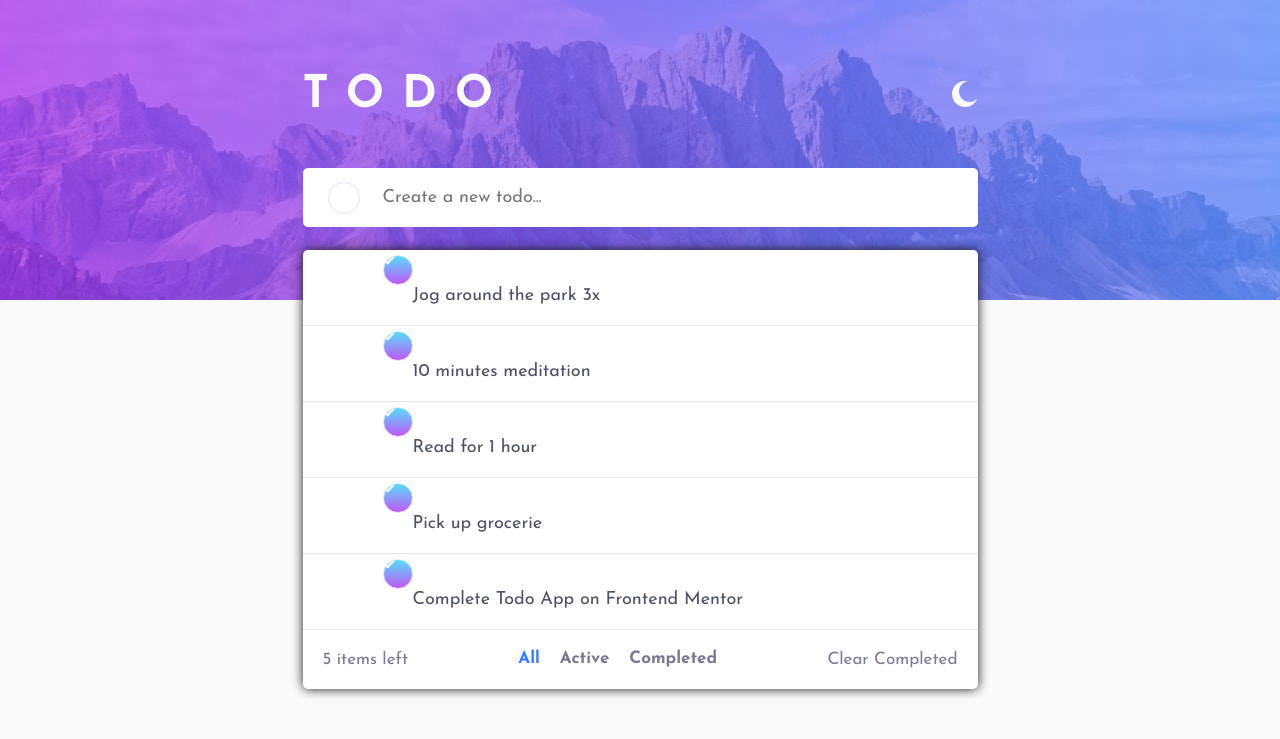
Repository: tomas938/todo-app
Page: /
The author's editor kept a copy of each file at every save. The page is drawn from the files as they stood at one save, then again after the next save.
The browser window is 1280 px wide. The pictures show the whole page.
The project was rebuilt for these pictures with package versions that can differ from the ones it lists, and the page was loaded fresh each time.

Above is the page before, as saved 2021-08-18 13:54:13.

### src/main.js
import { createApp } from "vue";
import App from "./App.vue";
import router from "./router";

createApp(App)
	.use(router)
	.mount("#app");

### src/App.vue
<template>
	<router-view />
</template>

<style lang="scss">
@import "/src/scss/_variables";
:root {
	.dark {
		--bg-image: url(./assets/bg-desktop-dark.jpg);
		--items-bg-color: hsl(235, 24%, 19%);
		--body-bg: hsl(235, 21%, 11%);
		--todo-text: hsl(236, 33%, 92%);
		--todo-border: hsl(237, 14%, 26%);
	}
	.light {
		--bg-image: url(./assets/bg-desktop-light.jpg);
		--items-bg-color: hsl(0, 0%, 100%);
		--body-bg: hsl(0, 0%, 98%);
		--todo-text: hsl(233, 14%, 35%);
		--todo-border: hsl(236, 33%, 92%);
	}
}
* {
	margin: 0;
	padding: 0;
	box-sizing: border-box;
}
html {
	font-size: 62.5%;
}
body {
	font-size: 1.8rem;
	font-family: $font-primary;
	background-color: var(--body-bg);
}

li {
	list-style: none;
}
</style>

### src/router/index.js
import { createRouter, createWebHashHistory } from "vue-router";
import Home from "../views/Home.vue";

const routes = [
	{
		path: "/",
		name: "Home",
		component: Home,
	},
];

const router = createRouter({
	history: createWebHashHistory(),
	routes,
});

export default router;

### src/scss/_variables.scss
// LINK COLLORS-PRIMARY //

$primary: hsl(220, 98%, 61%);
$primary-bg: linear-gradient(rgb(87, 221, 255), hsl(280, 87%, 65%));

// LINK LIGHT THEME //

$light-gray: hsl(0, 0%, 98%);
$very-light-grayish-blue: hsl(236, 33%, 92%);
$light-grayish-blue: hsl(233, 11%, 84%);
$dark-grayish-blue: hsl(236, 9%, 61%);
$very-dark-grayish-blue: hsl(235, 19%, 35%);

// LINK DARK THEME //

$very-dark-blue: hsl(235, 21%, 11%);
$dark-desaturated-blue: hsl(235, 24%, 19%);
$light-grayish-blue--dark: hsl(234, 39%, 85%);
$light-grayish-blue--dark-hover: hsl(236, 33%, 92%);
$dark-grayish-blue--dark: hsl(234, 11%, 52%);
$very-dark-grayish-blue--dark: hsl(233, 14%, 35%);
$very-dark-grayish-blue--dark-2: hsl(237, 14%, 26%);

// LINK FONT //

@import url("https://fonts.googleapis.com/css2?family=Josefin+Sans:wght@400;700&display=swap");
$font-primary: "Josefin Sans", sans-serif;
$light: 400;
$bold: 700;

### src/views/Home.vue
<template>
	<Header />
	<Todos />
</template>

<script>
import Header from "../components/Header";
import Todos from "../components/Todos.vue";
export default {
	components: {
		Header,
		Todos,
	},
};
</script>
<style lang="scss"></style>

### src/components/Header.vue
<template>
	<header>
		<nav class="nav container">
			<div class="nav__title">
				<h1>todo</h1>
			</div>
			<svg
				v-if="ligth"
				@click="changeTheme"
				class="nav__theme"
				xmlns="http://www.w3.org/2000/svg"
				width="26"
				height="26"
			>
				<path
					fill="#fafafa"
					fill-rule="evenodd"
					d="M13 0c.81 0 1.603.074 2.373.216C10.593 1.199 7 5.43 7 10.5 7 16.299 11.701 21 17.5 21c2.996 0 5.7-1.255 7.613-3.268C23.22 22.572 18.51 26 13 26 5.82 26 0 20.18 0 13S5.82 0 13 0z"
				/>
			</svg>
			<svg
				v-else
				@click="changeTheme"
				xmlns="http://www.w3.org/2000/svg"
				width="26"
				height="26"
			>
				<path
					fill="#fafafa"
					fill-rule="evenodd"
					d="M13 21a1 1 0 011 1v3a1 1 0 11-2 0v-3a1 1 0 011-1zm-5.657-2.343a1 1 0 010 1.414l-2.121 2.121a1 1 0 01-1.414-1.414l2.12-2.121a1 1 0 011.415 0zm12.728 0l2.121 2.121a1 1 0 01-1.414 1.414l-2.121-2.12a1 1 0 011.414-1.415zM13 8a5 5 0 110 10 5 5 0 010-10zm12 4a1 1 0 110 2h-3a1 1 0 110-2h3zM4 12a1 1 0 110 2H1a1 1 0 110-2h3zm18.192-8.192a1 1 0 010 1.414l-2.12 2.121a1 1 0 01-1.415-1.414l2.121-2.121a1 1 0 011.414 0zm-16.97 0l2.121 2.12A1 1 0 015.93 7.344L3.808 5.222a1 1 0 011.414-1.414zM13 0a1 1 0 011 1v3a1 1 0 11-2 0V1a1 1 0 011-1z"
				/>
			</svg>
		</nav>
		<div class="new-todo">
			<input type="text" placeholder="Create a new todo..." />
		</div>
	</header>
</template>

<script>
export default {
	data() {
		return {
			ligth: true,
			body: document.body,
		};
	},
	methods: {
		changeTheme() {
			this.ligth = !this.ligth;
			if (!this.ligth) {
				this.body.classList.remove("light");
				this.body.classList.add("dark");
			} else {
				this.body.classList.remove("dark");
				this.body.classList.add("light");
			}
		},
	},
	mounted() {
		this.body.classList.add("light");
	},
};
</script>

<style lang="scss" scoped>
@import "/src/scss/_variables";

header {
	height: 30rem;
	display: flex;
	flex-direction: column;
	align-items: center;
	justify-content: center;
	gap: 5rem;
	padding: 3rem;
	background-image: var(--bg-image);
	background-repeat: no-repeat;
	background-size: cover;
}
.nav {
	max-width: 67.5rem;
	width: 100%;
	display: flex;
	justify-content: space-between;
	align-items: baseline;
	&__title h1 {
		font-size: 4.5rem;
		letter-spacing: 1.8rem;
		text-transform: uppercase;
	}

	svg {
		cursor: pointer;
	}
}
.new-todo {
	max-width: 67.5rem;
	width: 100%;
	position: relative;
	&::before {
		content: "";
		position: absolute;
		top: 50%;
		transform: translateY(-50%);
		left: 2.5rem;
		width: 3rem;
		height: 3rem;
		border-radius: 50%;
		border: 1px solid var(--todo-border);
	}
}
input {
	background-color: var(--items-bg-color);
	width: 100%;
	outline: none;
	border: none;
	padding: 2rem;
	padding-left: 8rem;
	border-radius: 0.5rem;
	font-size: 1.8rem;
	font-family: $font-primary;
	font-weight: $light;
}
h1 {
	color: $light-gray;
}
</style>

### src/components/Todos.vue
<template>
	<main>
		<ul class="todos">
			<li v-for="(todo, index) in todos" :key="index" class="todo-item">
				<svg
					class="todo-status "
					xmlns="http://www.w3.org/2000/svg"
					width="11"
					height="9"
				>
					<path
						fill="none"
						stroke="#FFF"
						stroke-width="2"
						d="M1 4.304L3.696 7l6-6"
					/>
				</svg>
				<!-- <div class="todo-status"></div> -->
				<span>{{ todo }}</span>
			</li>
			<div class="filters">
				<div class="items-left">
					<span>{{ todos.length }} items left</span>
				</div>
				<div class="filter">
					<span>All</span>
					<span>Active</span>
					<span>Completed</span>
				</div>
				<div class="clear">
					<span>Clear Completed</span>
				</div>
			</div>
		</ul>
	</main>
</template>

<script>
export default {
	data() {
		return {
			todos: [
				"Jog around the park 3x",
				"10 minutes meditation",
				"Read for 1 hour",
				"Pick up grocerie",
				"Complete Todo App on Frontend Mentor",
			],
		};
	},
};
</script>

<style lang="scss" scoped>
@import "/src/scss/_variables";

main {
	padding: 0 3rem;
	display: flex;
	justify-content: center;
	transform: translateY(-5rem);
}
.todos {
	max-width: 67.5rem;
	width: 100%;
	border-radius: 0.5rem;
	background-color: var(--items-bg-color);
	box-shadow: 0px 0px 11px 0px #1a1919;
}
.todo-item {
	position: relative;
	width: 100%;
	padding: 2rem;
	padding-left: 8rem;
	font-family: $font-primary;
	font-weight: $light;
	color: var(--todo-text);
	border-bottom: 1px solid var(--todo-border);

	// FIXME maybe group styling //
	.todo-status {
		cursor: pointer;
		content: "";
		// position: absolute;
		top: 50%;
		transform: translateY(-50%);
		left: 2.5rem;
		width: 3rem;
		height: 3rem;
		border-radius: 50%;
		background: $primary-bg;
		border: 1px solid var(--todo-border);
	}
	&::after {
		opacity: 0;
		cursor: pointer;
		content: "";
		position: absolute;
		right: 2.5rem;
		width: 2.6rem;
		height: 2.6rem;
		background-image: url(../assets/icon-cross.svg);
		background-repeat: no-repeat;
	}
	&:hover:after {
		transition: opacity 0.5s ease-in-out;
		opacity: 1;
	}
}
.filters {
	display: flex;
	justify-content: space-between;
	padding: 2rem;
	.filter {
		display: flex;
		gap: 2rem;
		span {
			font-weight: $bold;
			&:first-child {
				color: $primary;
			}
		}
	}
	.items-left {
		span {
			cursor: auto;
		}
	}
	span {
		color: $dark-grayish-blue--dark;
		cursor: pointer;
		font-size: 1.7rem;
	}
}
</style>

Loaded but not shown: public/index.html (common file)

After the next save:
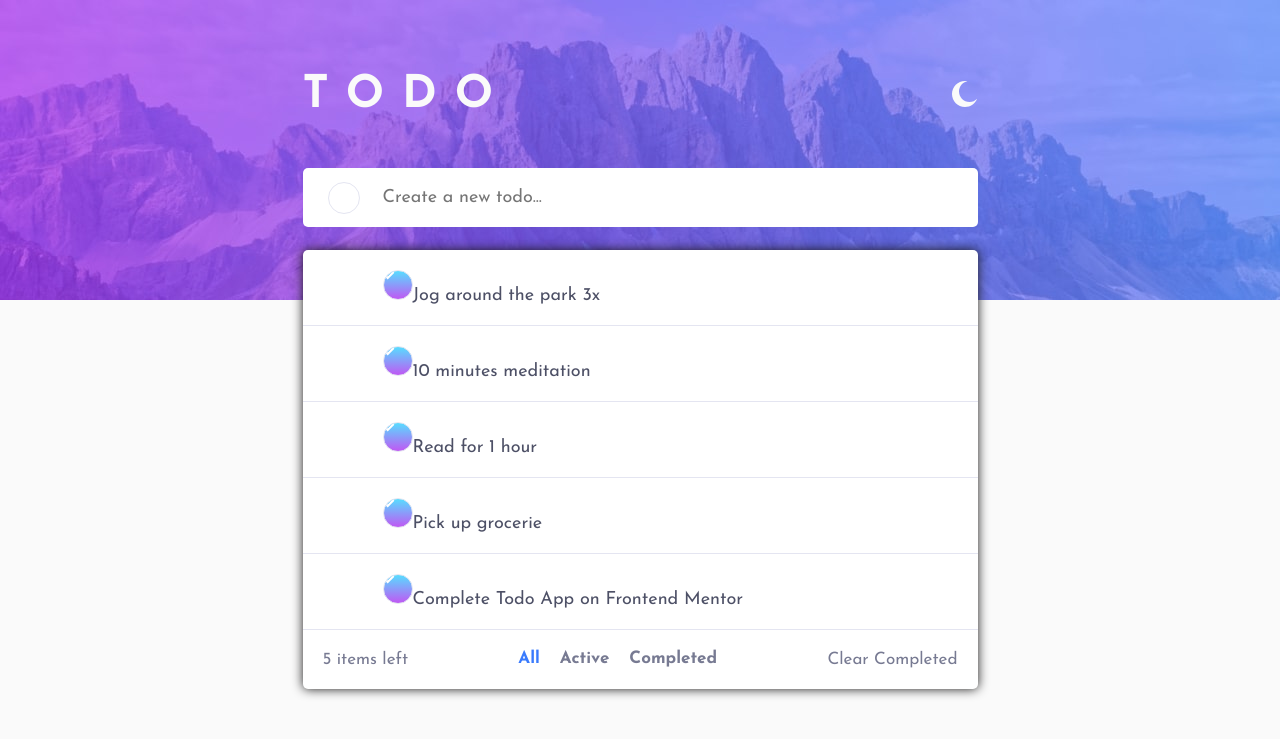
Saved 8 s later.
--- a/src/components/Todos.vue
+++ b/src/components/Todos.vue
@@ -80,10 +80,10 @@ main {
 	// FIXME maybe group styling //
 	.todo-status {
 		cursor: pointer;
-		content: "";
+		// content: "";
 		// position: absolute;
-		top: 50%;
-		transform: translateY(-50%);
+		// top: 50%;
+		// transform: translateY(-50%);
 		left: 2.5rem;
 		width: 3rem;
 		height: 3rem;
